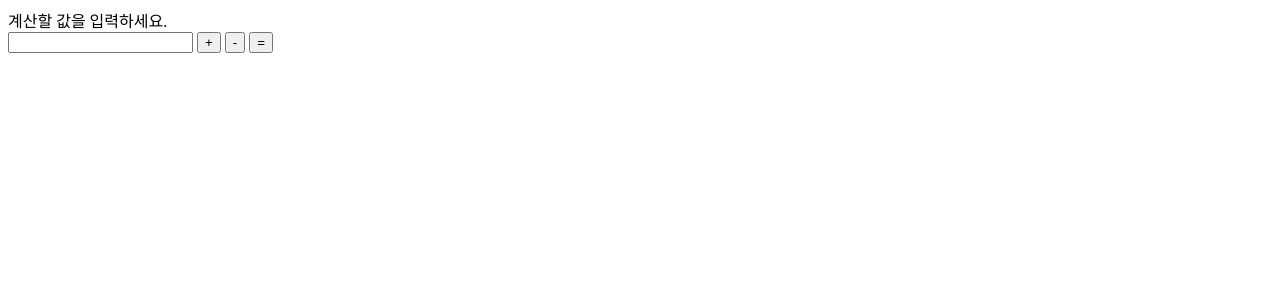
Repository: kwondam/servlet
Page: workspace/JSPPrj/WebContent/calc3.html
The author's editor kept a copy of each file at every save. The page is drawn from the files as they stood at one save, then again after the next save.
The browser window is 1280 px wide. The pictures show the whole page.

Above is the page before, as saved 2020-03-26 13:13:54.

After the next save:
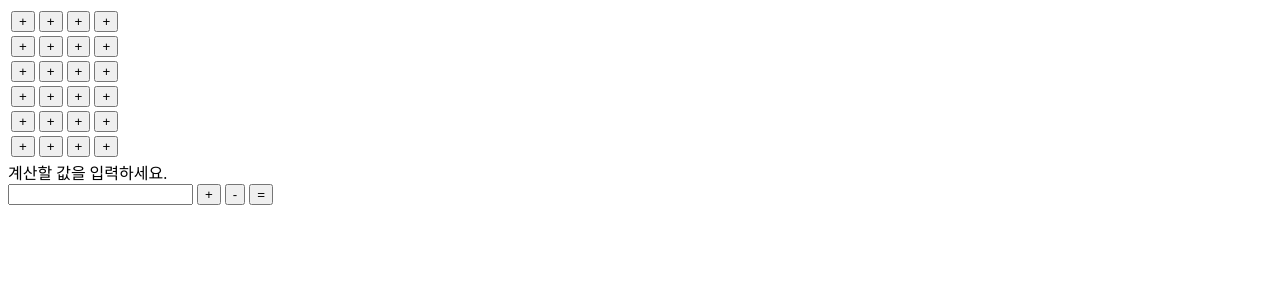
Saved 100 s later.
--- a/workspace/JSPPrj/WebContent/calc3.html
+++ b/workspace/JSPPrj/WebContent/calc3.html
@@ -6,6 +6,44 @@
 </head>
 <body>
 	<form action="calc3" method="post">
+		<table>
+			<tr>
+				<td><input type="submit" name="operator" value="+"/></td>
+				<td><input type="submit" name="operator" value="+"/></td>
+				<td><input type="submit" name="operator" value="+"/></td>
+				<td><input type="submit" name="operator" value="+"/></td>
+			</tr>
+			<tr>
+				<td><input type="submit" name="operator" value="+"/></td>
+				<td><input type="submit" name="operator" value="+"/></td>
+				<td><input type="submit" name="operator" value="+"/></td>
+				<td><input type="submit" name="operator" value="+"/></td>
+			</tr>
+			<tr>
+				<td><input type="submit" name="operator" value="+"/></td>
+				<td><input type="submit" name="operator" value="+"/></td>
+				<td><input type="submit" name="operator" value="+"/></td>
+				<td><input type="submit" name="operator" value="+"/></td>
+			</tr>
+			<tr>
+				<td><input type="submit" name="operator" value="+"/></td>
+				<td><input type="submit" name="operator" value="+"/></td>
+				<td><input type="submit" name="operator" value="+"/></td>
+				<td><input type="submit" name="operator" value="+"/></td>
+			</tr>
+			<tr>
+				<td><input type="submit" name="operator" value="+"/></td>
+				<td><input type="submit" name="operator" value="+"/></td>
+				<td><input type="submit" name="operator" value="+"/></td>
+				<td><input type="submit" name="operator" value="+"/></td>
+			</tr>
+			<tr>
+				<td><input type="submit" name="operator" value="+"/></td>
+				<td><input type="submit" name="operator" value="+"/></td>
+				<td><input type="submit" name="operator" value="+"/></td>
+				<td><input type="submit" name="operator" value="+"/></td>
+			</tr>
+		</table>
 	<div> 계산할 값을 입력하세요.</div>
 	<div>
 		<input type="text" name="v"/>
